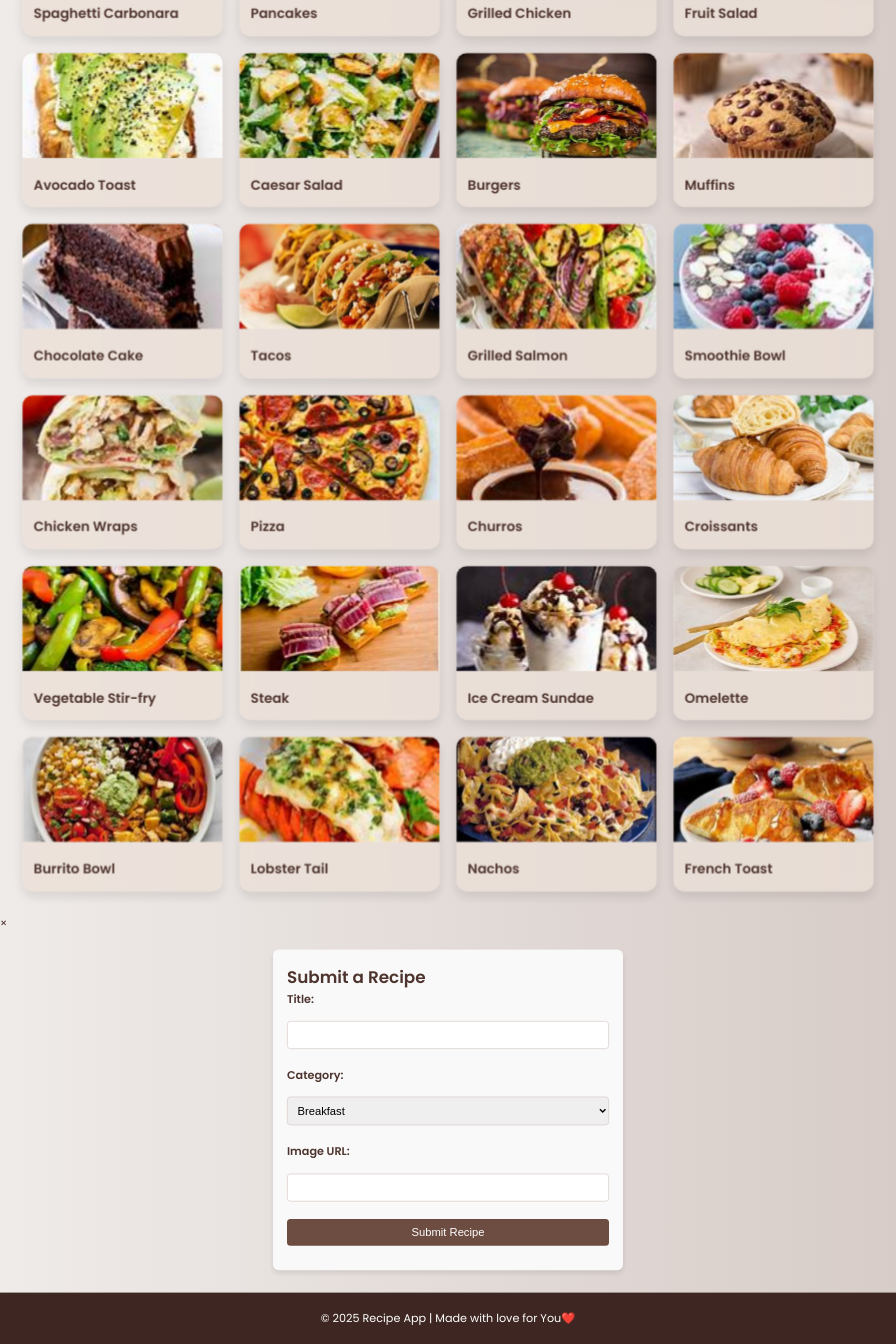
Repository: Patience225/recipe-app
Page: index.html
The author's editor kept a copy of each file at every save. The page is drawn from the files as they stood at one save, then again after the next save.
The browser window is 1280 px wide. The pictures show the part of the page from y = 792 to 2712 px (the page is 2712 px tall), at 70% of full size.

Above is the page before, as saved 2025-01-30 02:33:02.

After the next save:
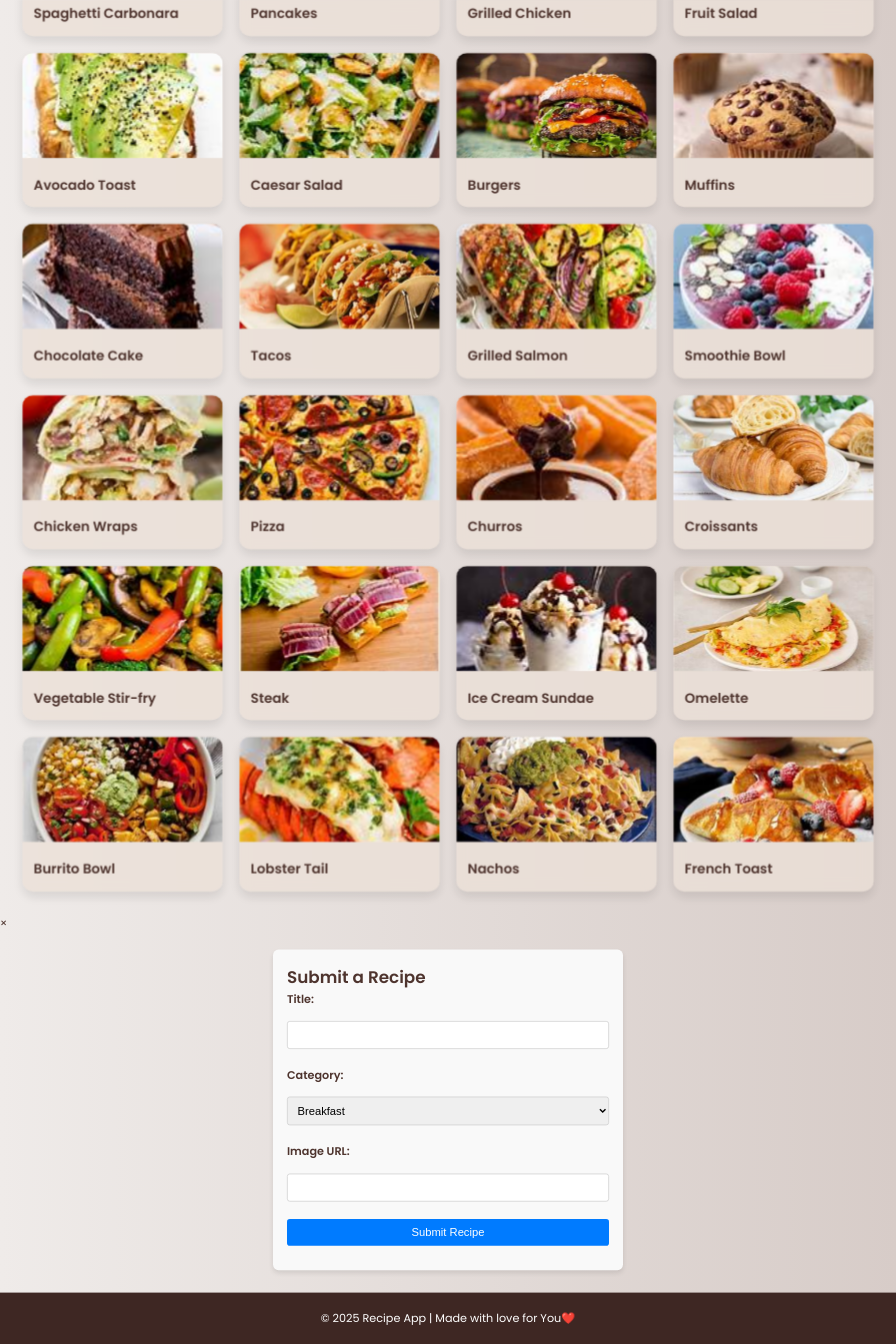
Saved 25 s later.
--- a/styles.css
+++ b/styles.css
@@ -202,23 +202,3 @@ body.dark-theme footer {
   flex-direction: column;
   gap: 10px;
 }
-
-#recipe-form input,
-#recipe-form select,
-#recipe-form button {
-  padding: 10px;
-  font-size: 1rem;
-  border: 1px solid #d7ccc8;
-  border-radius: 5px;
-}
-
-#recipe-form button {
-  background-color: #6d4c41;
-  color: white;
-  cursor: pointer;
-  border: none;
-}
-
-#recipe-form button:hover {
-  background-color: #4e342e;
-}

After the 4 saves that followed:
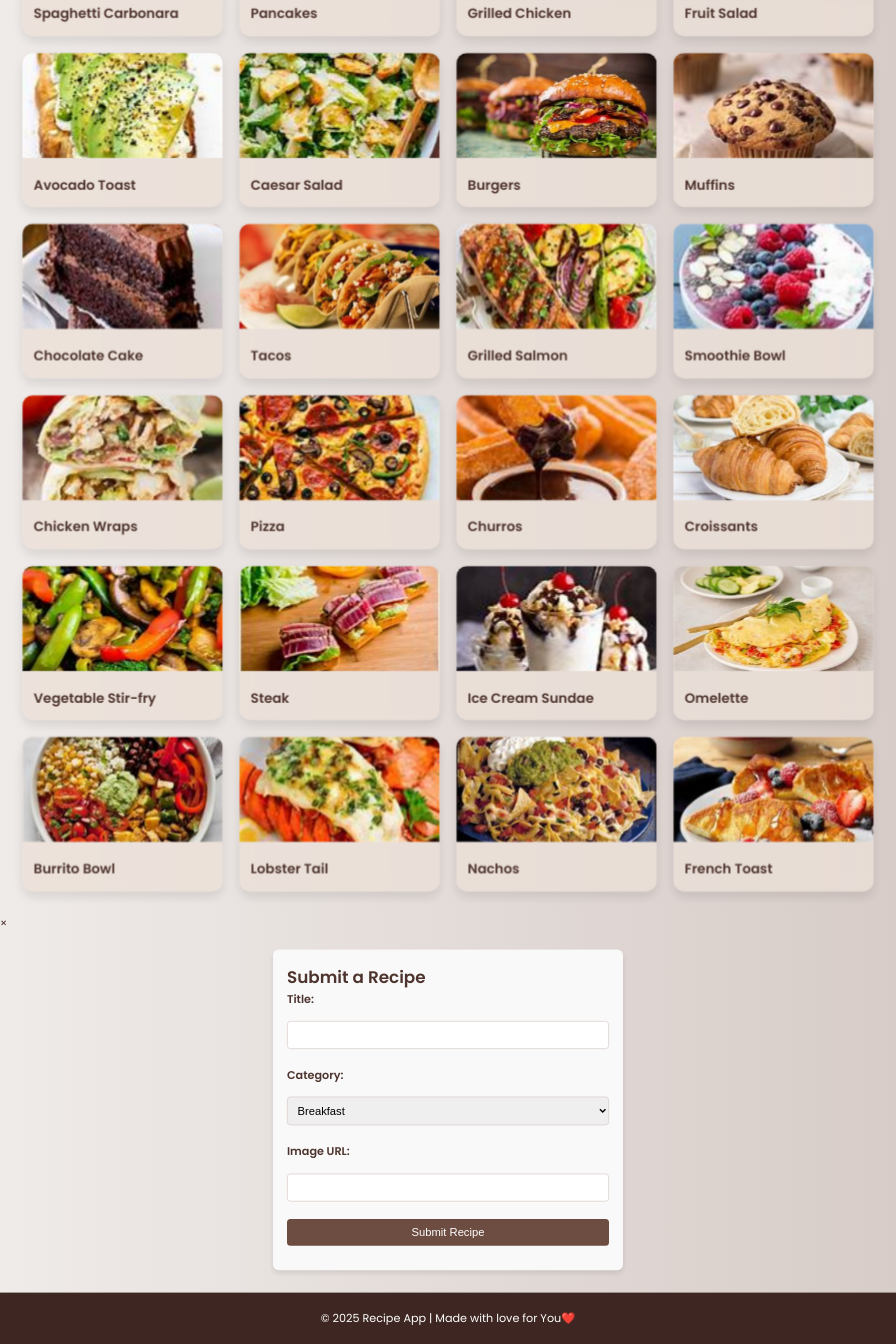
The 4 saves are shown as one change because 2 left the picture as it was and some came seconds apart.
The last was saved 59 s later.
--- a/styles.css
+++ b/styles.css
@@ -196,6 +196,26 @@ body.dark-theme footer {
 #recipe-form button:hover {
   background-color: #0056b3;
 }
+#recipe-form input,
+#recipe-form select,
+#recipe-form button {
+  padding: 10px;
+  font-size: 1rem;
+  border: 1px solid #d7ccc8;
+  border-radius: 5px;
+}
+
+#recipe-form button {
+  background-color: #6d4c41;
+  color: white;
+  cursor: pointer;
+  border: none;
+}
+
+#recipe-form button:hover {
+  background-color: #4e342e;
+}
+
 
 #recipe-form {
   display: flex;
